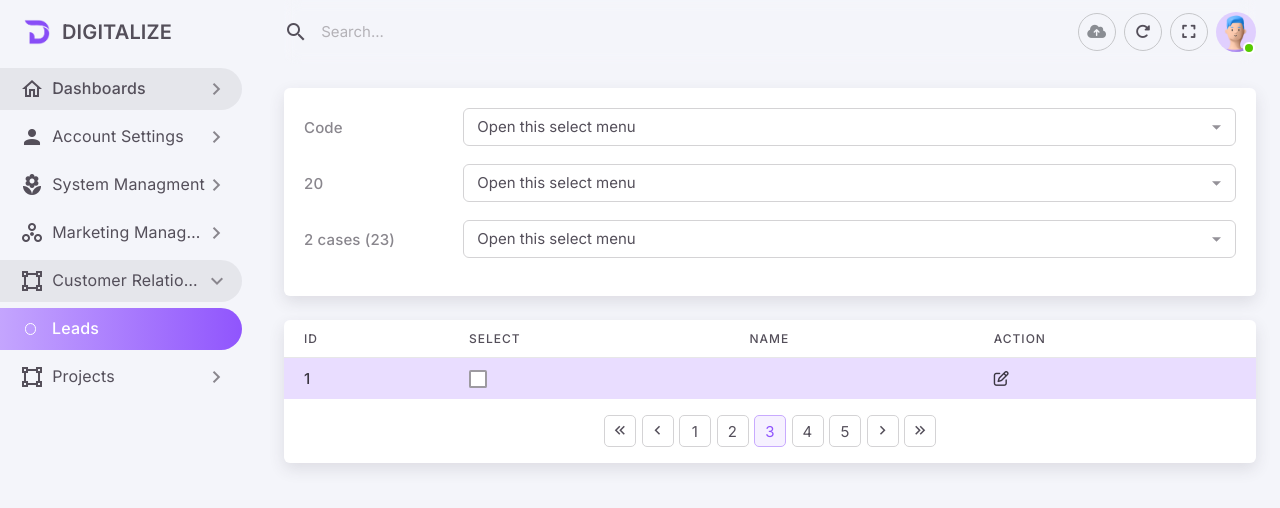
Repository: FadyFathey/sales-crm
Page: html/project-list.html
These files come from the project's save history. The page is drawn as it stood at one moment and after a run of saves; the edit follows.
The browser window is 1280 px wide. The pictures show the whole page.
Some icons come from a web library that is not loaded, so they are not drawn. Some web libraries are served in a nearby version.

Above is the page before, as saved 2024-10-09 13:48:01.
Console error: ReferenceError: d3 is not defined

After the next 3 saves:
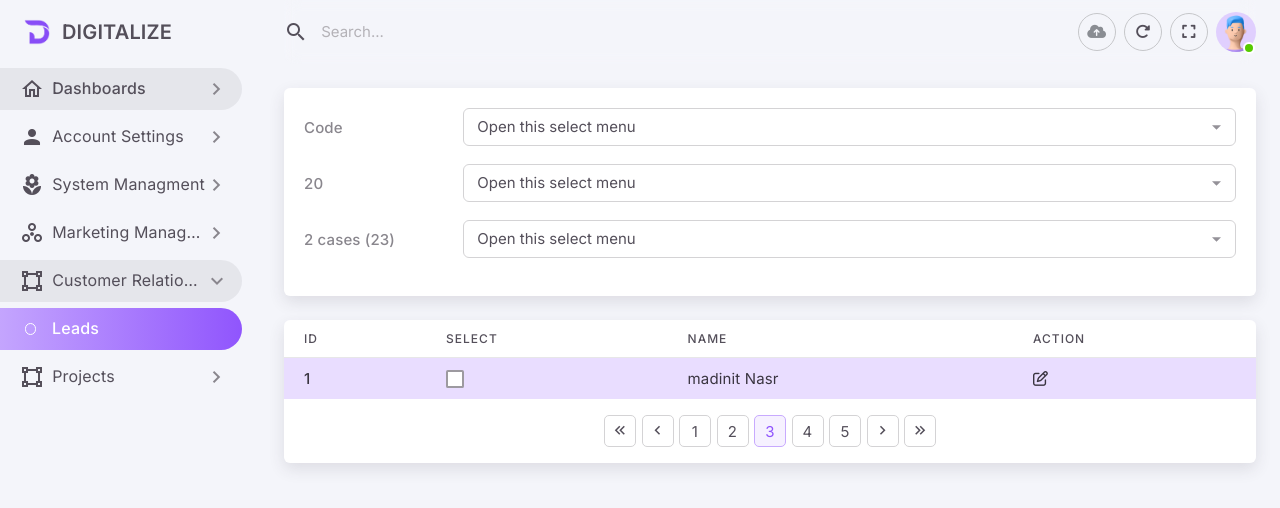
The 3 saves are shown as one change because they came seconds apart.
The last was saved 11 s later.
--- a/html/project-list.html
+++ b/html/project-list.html
@@ -398,7 +398,7 @@
                                             <td><input class="form-check-input" type="checkbox" value=""
                                                     id="defaultCheck1" /></td>
                                             <td>
-
+                                               madinit Nasr
                                             </td>
                                             <td>
                                                 <i class="fa-regular fa-pen-to-square"></i>
